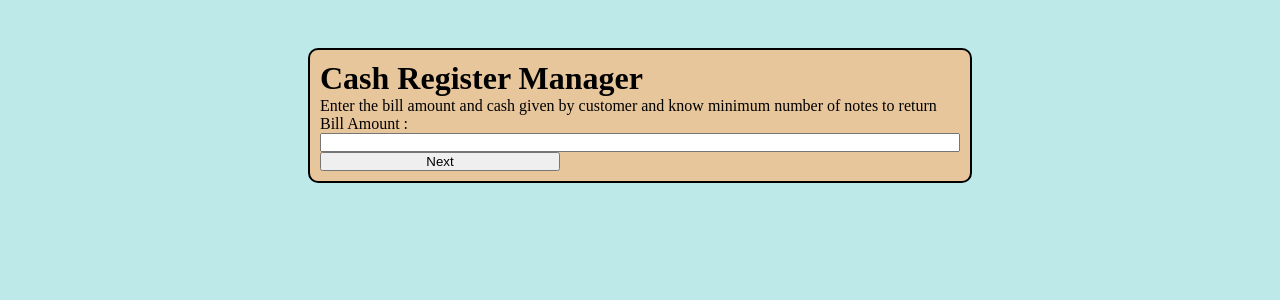
Repository: patelamancode/Cash-register-manager-app
Page: index.html
An editor plug-in stored every save of this project. The page is shown before and after the next save, followed by the edit.
The browser window is 1280 px wide. The pictures show the whole page.

Above is the page before, as saved 2022-11-18 15:32:27.

### index.html
<!DOCTYPE html>
<html lang="en">

<head>
    <meta charset="UTF-8">
    <meta http-equiv="X-UA-Compatible" content="IE=edge">
    <meta name="viewport" content="width=device-width, initial-scale=1.0">
    <link rel="stylesheet" href="index.css">
    <title>Cash register app</title>
</head>

<body>
    <div id="main-container">
        <h1 class="heading">Cash Register Manager</h1>
        <p id="description">Enter the bill amount and cash given by customer
            and know minimum number of notes to return
        </p>
        <label for="Bill-amount">Bill Amount :</label>
        <input type="text" id="bill-amount">
        <button id="next-btn">Next</button>
        <div class="sub-container">
            <label for="Cash-amount" class="cash-section">User Cash :</label>
            <input type="text" id="cash-amount">
            <button class="check-btn">Check</button>
            <p class="error-message"></p>
            <table class="change-cash">
                <caption>Return Change Cash :</caption>
                <tr>
                    <th>No. of notes</th>
                    <td class="notes-number"></td>
                    <td class="notes-number"></td>
                    <td class="notes-number"></td>
                    <td class="notes-number"></td>
                    <td class="notes-number"></td>
                    <td class="notes-number"></td>
                    <td class="notes-number"></td>
                    <td class="notes-number"></td>
                    <td class="notes-number"></td>
                    <td class="notes-number"></td>
                </tr>
                <tr>
                    <th>Notes</th>
                    <td>2000</td>
                    <td>1000</td>
                    <td>500</td>
                    <td>200</td>
                    <td>100</td>
                    <td>50</td>
                    <td>20</td>
                    <td>10</td>
                    <td>5</td>
                    <td>1</td>
                </tr>
            </table>
        </div>
    </div>

    <script src="index.js"></script>
</body>

</html>

### index.css
*{
    margin: 0;
    padding: 0;
}

body{
    background-color: rgb(189, 233, 233);
}

#main-container{
    display: flex;
    flex-direction: column;
    width: 50vw;
    margin: auto;
    margin-top: 3rem;
    padding: 10px;
    border: 2px solid black;
    border-radius: 10px;
    background-color: rgb(231, 198, 156);

}

button{
    width: 15rem;
}

.sub-container{
    display: none;
    flex-direction: column;
    width: 50vw;
    margin: auto;
}

### index.js
// document.querySelector('.check-btn').addEventListener('click', function(){
//     console.log("Check button is clicked")
// })

const billAmount = document.querySelector('#bill-amount');
const cashAmount = document.querySelector('#cash-amount');
const checkButton = document.querySelector('.check-btn');
const errorMessage = document.querySelector('.error-message');
const notesDisplay = document.querySelectorAll('.notes-number');
// from here
const hideContent = document.querySelector('.sub-container');
const nextButton = document.querySelector('#next-btn');


// Testing console values for all inputs
// checkButton.addEventListener('click', function(){
//     console.log(cashAmount.value);
// })

nextButton.addEventListener('click', function(){
    hideContent.style.display = "flex"
    hideContent.style.flexDirection = "column"
})
// to here

const displayErrorMessage = function (message) {
    errorMessage.style.display = "block";
    errorMessage.style.backgroundColor = "red";
    errorMessage.innerText = message;
}
const hideErrorMessage = function(){
    errorMessage.style.display = "none";

}

const notesArray = [2000, 1000, 500, 200, 100, 50, 20, 10, 5, 1];
const numberOfNotesGiven = function(returnAmount){
    for(let i=0; i< notesArray.length; i++){
        let notesCount = Math.trunc(returnAmount/notesArray[i]);
        returnAmount = returnAmount%notesArray[i];
        notesDisplay[i].innerText = notesCount;
    }
}

checkButton.addEventListener('click', function amountValidation() {
    hideErrorMessage();

    if (billAmount.value > 0) {
        if(cashAmount.value >= billAmount.value){
            const returnAmount = cashAmount.value - billAmount.value;
            numberOfNotesGiven(returnAmount);
        }
        else{
            displayErrorMessage("Invalid Cash value as per Bill amount");
        }
    }
    else {
        displayErrorMessage("Please make sure input bill amount must be positive and non-zero value");
    }
})



// 1550

After the next save:
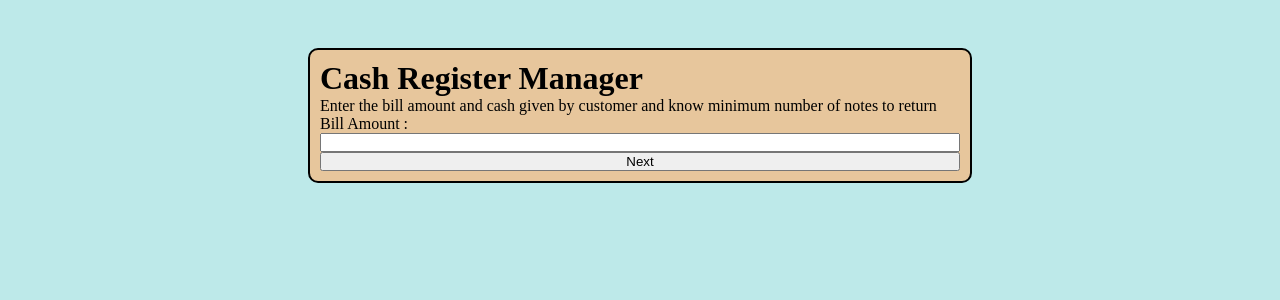
Saved 20 s later.
--- a/index.css
+++ b/index.css
@@ -21,7 +21,7 @@ body{
 }
 
 button{
-    width: 15rem;
+    width: ;
 }
 
 .sub-container{
